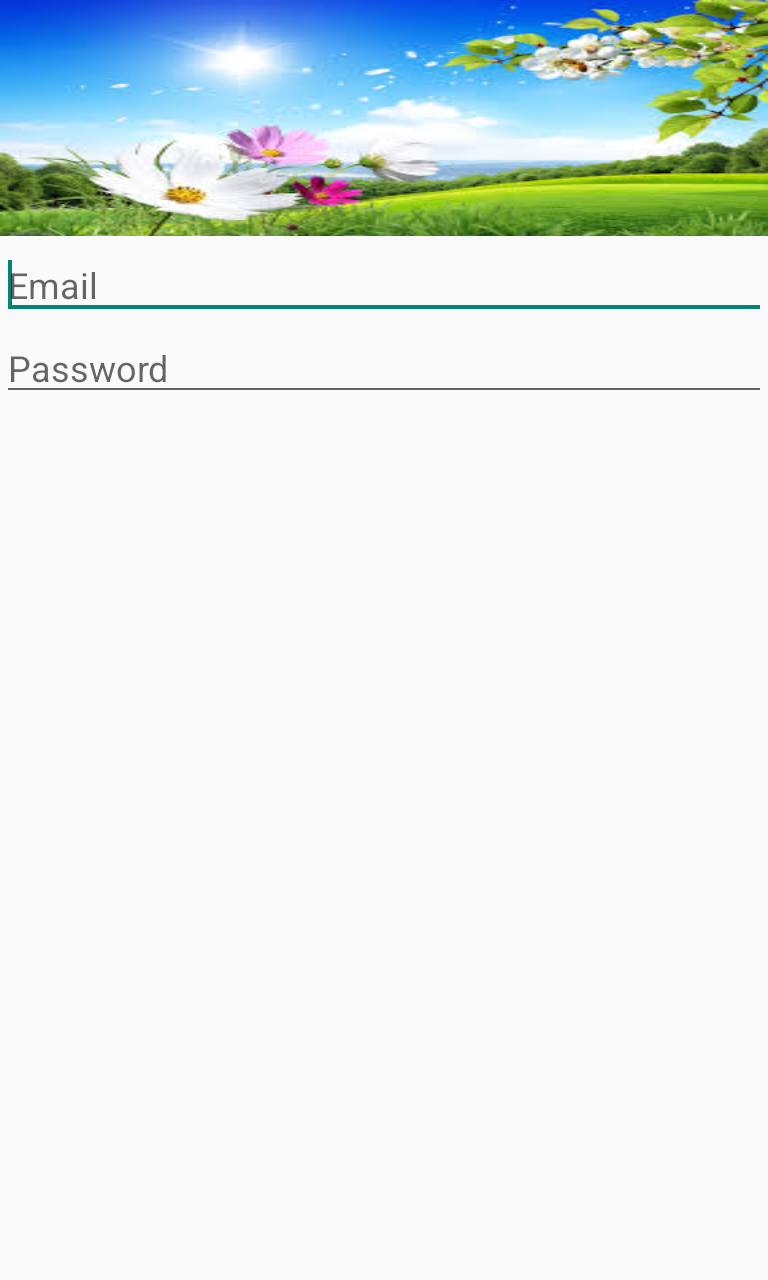
Repository: adarshnair13/my-project
Layout: ash/res/layout/activity_main.xml
An editor plug-in stored every save of this project. The layout is shown before and after the next save, followed by the edit.
It is drawn on a 768 x 1280 px phone screen (xhdpi) without system bars, with theme AppTheme; the app's code is not run.

Above is the layout before, as saved 2015-02-02 21:42:28.

### ash/res/layout/activity_main.xml
<LinearLayout xmlns:android="http://schemas.android.com/apk/res/android"
    xmlns:tools="http://schemas.android.com/tools"
    android:id="@+id/LinearLayout1"
    android:layout_width="match_parent"
    android:layout_height="match_parent"
    android:orientation="vertical"
    tools:context="com.adarsh.ash.MainActivity" >

    <LinearLayout
        android:layout_width="match_parent"
        android:layout_height="120dp" >

        <ImageView
            android:id="@+id/imageView1"
            android:layout_width="match_parent"
            android:layout_height="wrap_content"
            android:scaleType="fitXY"
            android:src="@drawable/nock" />

    </LinearLayout>

    <EditText
        android:id="@+id/editText1"
        android:layout_width="match_parent"
        android:layout_height="wrap_content"
        android:hint="Email"
        android:ems="10"
        android:inputType="textEmailAddress" >

        <requestFocus />
    </EditText>

    <EditText
        android:id="@+id/editText2"
        android:layout_width="match_parent"
        android:layout_height="wrap_content"
        android:hint="Password"
        android:ems="10"
        android:inputType="numberPassword" />

</LinearLayout>

Loaded but not shown: ash/res/values/styles.xml (common file); ash/res/values-v11/styles.xml (common file); ash/res/values-v14/styles.xml (common file)

After the next save:
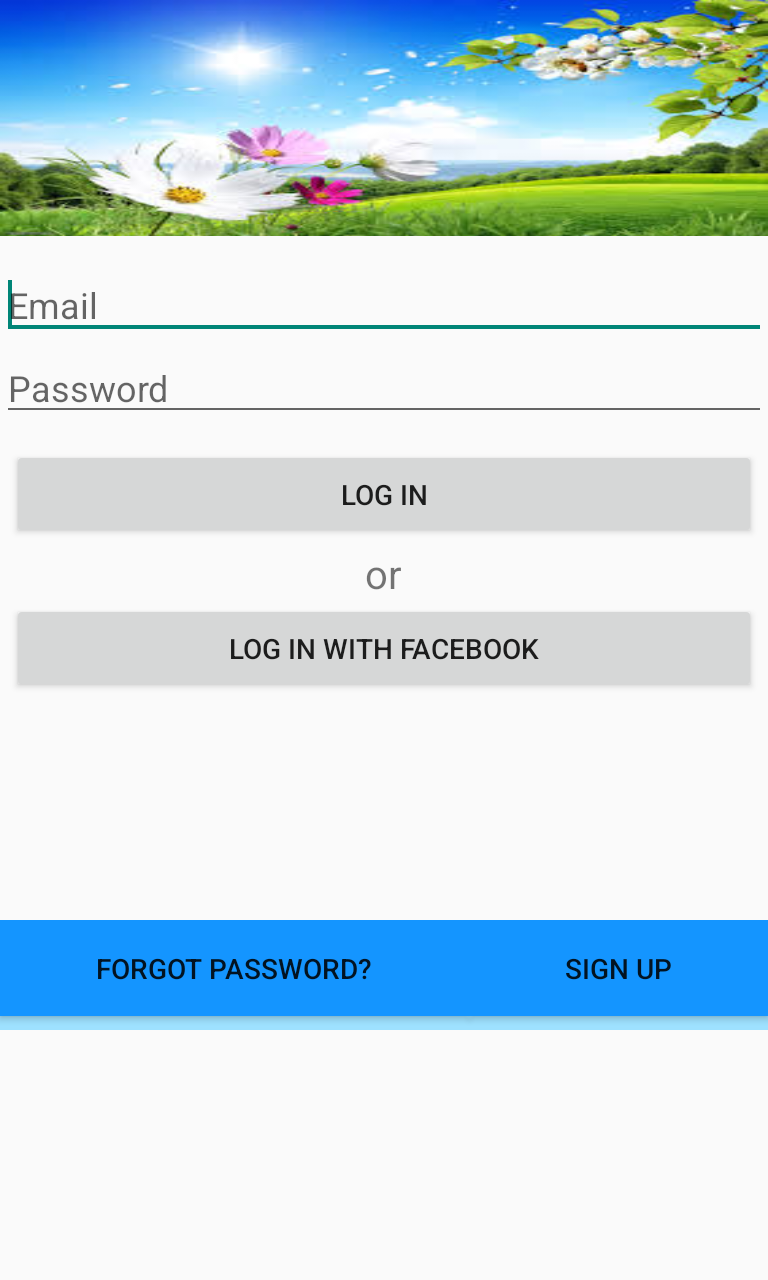
Saved 23 min 39 s later.
--- a/ash/res/layout/activity_main.xml
+++ b/ash/res/layout/activity_main.xml
@@ -23,6 +23,7 @@
         android:id="@+id/editText1"
         android:layout_width="match_parent"
         android:layout_height="wrap_content"
+        android:layout_marginTop="10dp"
         android:hint="Email"
         android:ems="10"
         android:inputType="textEmailAddress" >
@@ -38,4 +39,72 @@
         android:ems="10"
         android:inputType="numberPassword" />
 
+    <LinearLayout
+        android:layout_width="match_parent"
+        android:layout_height="50dp"
+        android:layout_marginTop="10dp"
+         >
+
+        <Button
+            android:id="@+id/button1"
+            style="?android:attr/buttonStyleSmall"
+            android:layout_width="match_parent"
+            android:layout_height="wrap_content"
+
+            android:layout_marginRight="5dp"
+            android:layout_marginLeft="5dp"
+            android:text="Log In" />
+
+    </LinearLayout>
+
+    <TextView
+        android:id="@+id/textView1"
+        android:layout_width="wrap_content"
+        android:layout_height="wrap_content"
+        android:layout_gravity="center"
+        android:text="or"
+        android:textSize="20dp" />
+
+    <LinearLayout
+        android:layout_width="match_parent"
+        android:layout_height="50dp" >
+
+        <Button
+            android:id="@+id/button2"
+            style="?android:attr/buttonStyleSmall"
+            android:layout_width="match_parent"
+            android:layout_height="wrap_content"
+            android:layout_marginLeft="5dp"
+            android:layout_marginRight="5dp"
+            android:text="Log In with Facebook" />
+
+    </LinearLayout>
+
+    <LinearLayout
+        android:layout_width="match_parent"
+        android:layout_height="55dp"
+        android:layout_marginTop="110dp"
+        android:background="#9EE1FF"
+        android:weightSum="2.0">
+
+        <Button
+            android:id="@+id/button3"
+            style="?android:attr/buttonStyleSmall"
+            android:layout_width="wrap_content"
+            android:layout_height="wrap_content"
+            android:background="#1495FF"
+            android:layout_weight="1.0"
+            android:text="FORGOT pASSWORD?" />
+
+        <Button
+            android:id="@+id/button4"
+            style="?android:attr/buttonStyleSmall"
+            android:layout_width="wrap_content"
+            android:layout_height="wrap_content"
+            android:background="#1495FF"
+            android:layout_weight="1.0"
+            android:text="Sign Up" />
+
+    </LinearLayout>
+
 </LinearLayout>
